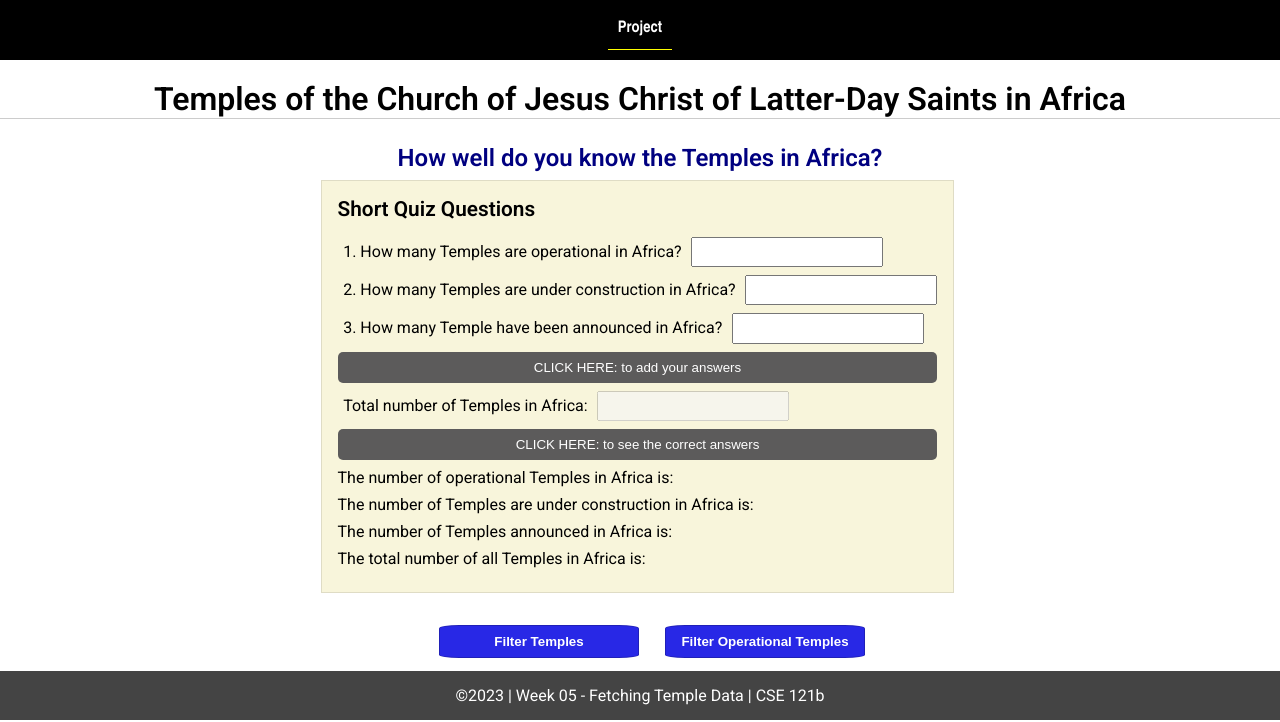
Repository: mszakutumela/cse121b
Page: Project/project.html
The author's editor kept a copy of each file at every save. The page is drawn from the files as they stood at one save, then again after the next save.
The browser window is 1280 px wide. The pictures show the whole page.
The page's requests for data from a server got no answer.

Above is the page before, as saved 2023-10-27 11:54:24.

### Project/project.html
<!DOCTYPE html>
<html lang="en">

<head>
  <meta charset="UTF-8">
  <meta name="viewport" content="width=device-width, initial-scale=1.0">
  <title>CSE 121b | Project: Programming Tasks</title>
  <link rel="preconnect" href="https://fonts.googleapis.com">
  <link rel="preconnect" href="https://fonts.gstatic.com" crossorigin>
  <link href="https://fonts.googleapis.com/css2?family=Roboto:wght@400;600&display=swap"
    rel="stylesheet">
  <link rel="stylesheet" href="styles/main.css">
</head>

<body>
  <nav>
    <ul id="menu">
      <li><a id="toggleMenu">&equiv;</a></li>
      <!-- <li><a href="index.html">Home</a></li>
      <li><a href="w01-task.html">W1 Task</a></li>
      <li><a href="w03-task.html">W3 Task</a></li>
      <li><a href="w04-task.html">W4 Task</a></li>
      <li><a href="w05-task.html">W5 Task</a></li> -->
      <li><a href="project.html" class="active">Project</a></li>
    </ul>
  </nav>
  <main id="gridly">
    <h1>Temples of the Church of Jesus Christ of Latter-Day Saints in Africa</h1>
    <h2>How well do you know the Temples in Africa?</h2>

    <main id="quiz">
      <section id="section1">
          <article>
            <h3>Short Quiz Questions</h3>
              <div>
                <label for="add1">1. How many Temples are operational in Africa?</label>
                <input type="text" id="add1" name="add1">
              </div>
              <div>
                  <label for="add2">2. How many Temples are under construction in Africa?</label>
                  <input type="text" id="add2" name="add2">
              </div>
              <div>
                <label for="add3">3. How many Temple have been announced in Africa?</label>
                <input type="text" id="add3" name="add3">
              </div>
              <div>
                  <input type="button" id="addTemples" value="CLICK HERE: to add your answers">
              </div>
              <div>
                  <label for="sum">Total number of Temples in Africa:</label>
                  <input type="text" id="sum" name="sum" disabled>
              </div>

              <div>
                <input type="button" id="answers" value="CLICK HERE: to see the correct answers">
              </div>

              <div class="answerOne">The number of operational Temples in Africa is: <span id="ans1"></span></div>

              <div class="answerTwo">The number of Temples are under construction in Africa is: <span id="ans2"></span></div>

              <div class="answerThree">The number of Temples announced in Africa is: <span id="ans3"></span></div>

              <div class="answerFour">The total number of all Temples in Africa is: <span id="ans4"></span></div>

          </article>
      </section>
    </main>

    <main id="filters">
      <select id="sortBy" title="Choose a temple filter.">
        <option value="" disabled selected>Filter Temples</option>
        <option value="operate">Operational</option>
        <option value="construct">Under Construction</option>
        <option value="named">Announced</option>
        <option value="all">All Temples in Africa</option>
      </select>

      <select id="sortBy2" title="Choose an operational temple filter.">
        <option value="" disabled selected>Filter Operational Temples</option>
        <option value="aba">Aba Nigeria</option>
        <option value="accra">Accra Ghanal</option>
        <option value="durban">Durban South Africa</option>
        <option value="johannesburg">Johannesburg South Africa</option>
        <option value="kinshasa">Kinshasa DR-Congo</option>
        <option value="all">All Operational Temples</option>
      </select>
    </main>

    <div id="temples">
    </div>
  </main>


  <footer>
    &copy;<span id="year"></span> | Week 05 - Fetching Temple Data | CSE 121b
  </footer>
  <script src="scripts/main.js"></script>
  <script>
    document.getElementById("year").innerHTML = new Date().getFullYear();
  </script>
  <script src="scripts/project.js"></script>
</body>

</html>

### Project/styles/main.css
/* Universal Selector */
* {
    margin: 0;
    padding: 0;
    box-sizing: border-box;
}

/* HTML Selectors */
body {
    font-family: 'Roboto', Helvetica, sans-serif;
}

nav {
    background-color: black;
    width: 100%;
    position: fixed;
    top: 0;
}

nav ul {
    display: flex;
    flex-direction: column;
    align-items: center;
    max-width: -moz-fit-content;
    max-width: fit-content;
    margin: 0 auto;
}

nav ul li {
    flex: 1 1 auto;
}

nav ul li:first-child {
    display: block;
    font-size: 2rem;
}

nav ul li:first-child a {
    padding: 1px 10px;
}

nav ul li {
    display: none;
    list-style: none;
    margin: 10px;
}

nav ul li a {
    display: block;
    padding: 10px;
    text-decoration: none;
    font-weight: 600;
    color: white;
    text-align: center;
    font-family: 'Arial Narrow', Arial, sans-serif;
}

nav ul li a:hover {
    background-color: #efefef;
    color: black;
}

h1,
h2 {
    text-align: center;
    margin: 1rem 0 .5rem;
}

h1 {
    border-bottom: 1px solid #ccc;
}

#gridly h1 {
    margin-top: 80px;
}

h2 {
    font-size: 1.5rem;
    color: navy;
    text-align: center;
    margin-top: 25px;
}

h3 {
    font-size: 1.3rem;
    margin-bottom: 1rem;
}

header {
    margin-top: 70px;
}

picture {
    margin: 0 auto;
}

picture img {
    width: 240px;
    height: auto;
    border-radius: 5%;
    border: 1px solid #ccc;
    box-shadow: 0 0 30px #777;
}

section {
    display: flex;
    flex-direction: column;
    align-items: center;
    margin: 0 auto 1rem;
    border: 1px solid rgba(0, 0, 0, .1);
    padding: 1rem;
    background-color: #eee;
}

article {
    margin-bottom: rem;
}

article div {
    margin-bottom: .5rem;
    text-align: left;
}

label {
    padding: .35rem;
}

input {
    padding: .35rem;
}

input[type="button"] {
    padding: .5rem;
    background-color: #5c5b5b;
    color: white;
    border: none;
    border-radius: 5px;
    cursor: pointer;
    width: 100%
}


input[type="checkbox"] {
    width: 25px;
    height: 25px;
}

dt {
    font-weight: 700;
}

dt::before {
    content: "🏘️ ";
}

dd {
    margin: 0 0 .5rem 2rem;
    font-size: smaller;
}

footer {
    background-color: #444;
    color: white;
    padding: 15px;
    text-align: center;
    width: 100%;
    position: fixed;
    bottom: 0;
}

/* Class Selectors */
.active {
    border-bottom: 1px solid yellow;
}

.open li {
    display: block;
}

.block {
    display: block;
}

.larger {
    font-size: larger;
    color: red;
}

.right {
    width: 100%;
    text-align: right;
}

.middle {
    display: flex;
    align-items: center;
    justify-content: right;
    gap: 1rem;
}

/* ID Selectors */

#home {
    margin-top: 125px;
    display: grid;
    grid-template-columns: 1fr;
    grid-gap: 20px;
    align-items: center;
    justify-content: center;
}


#section1 {
    background-color: rgba(241, 236, 183, 0.5);
}

#section2 {
    background-color: rgba(200, 200, 250, 0.5);

}

#section2 div {
    margin-bottom: 1rem;
}

#section3 {
    background-color: rgb(250, 225, 250, .5);
}

#sortBy {
    appearance: none;
    /* display: flex; */
    padding: .5rem;
    background-color: rgb(40, 40, 230);
    color: white;
    font-weight: 700;
    margin: 1rem auto;
    width: 200px;
    border: 1px solid rgba(0, 0, 0, .2);
    text-align: center;
    border-radius: 10%;
}

#sortBy option:disabled {
    font-style: italic;
    padding: 1rem;
    background-color: #111;
    color: #eee;
}

#sortBy2 {
    appearance: none;
    /* display: flex; */
    padding: .5rem;
    background-color: rgb(40, 40, 230);
    color: white;
    font-weight: 700;
    margin: 1rem auto;
    width: 200px;
    border: 1px solid rgba(0, 0, 0, .2);
    text-align: center;
    border-radius: 10%;
}

#sortBy2 option:disabled {
    font-style: italic;
    padding: 1rem;
    background-color: #111;
    color: #eee;
}

#temples {
    display: grid;
    grid-template-columns: repeat(auto-fit, minmax(320px, 1fr));
    grid-gap: .5rem;
    align-items: center;
    margin-bottom: 3rem;
}

#temples article {
    height: 250px;
    margin: .5rem;
    border: 1px solid rgba(0, 0, 0, .1);
    padding: 1rem;
    background-color: #eee;
    display: flex;
    flex-direction: column;
    align-items: center;
    justify-content: center;
}

#temples h4 {
    color: navy;
    font-size: smaller;
}


#temples img {
    width: 250px;
    height: auto;
    box-shadow: 0 0 30px #777;
    margin: .5rem;
}

/* Media Queries */
@media only screen and (min-width: 32.5em) {
    nav ul {
        flex-direction: row;
    }

    nav ul li:first-child {
        display: none;
    }

    nav ul li {
        display: block;
    }

    section {
        min-width: 300px;
    }

    #home {
        margin: 100px auto 20px;
        grid-template-columns: 250px 1fr;
        max-width: -moz-fit-content;
        max-width: fit-content;
    }

    #quiz {
        display: grid;
        grid-template-columns: 6fr 0fr;
        grid-gap: 5px;
        margin: 0 auto;
        max-width: 950px;
    }

    #filters {
        display: grid;
        grid-template-columns: 4fr 2fr;
        grid-gap: 2px;
        margin: 0 auto;
        max-width: 450px;
    }

}

### Project/scripts/project.js
/* Project */

// Short Quiz Section

function add(Number1, Number2, Number3) {
    return Number1 + Number2 + Number3;
}

function addTemples() {
    let addNumber1 = Number(document.querySelector('#add1').value);
    let addNumber2 = Number(document.querySelector('#add2').value);
    let addNumber3 = Number(document.querySelector('#add3').value);
    document.querySelector('#sum').value = add(addNumber1, addNumber2, addNumber3);
}
document.querySelector('#addTemples').addEventListener('click', addTemples,);

/* Variables */

function answers() {
    let answerOne = "5";
    let answerTwo = "4";
    let answerThree = "12";
    let answerFour = "21";

    const ans1Element = document.getElementById('ans1');
    const ans2Element = document.getElementById('ans2');
    const ans3Element = document.getElementById('ans3');
    const ans4Element = document.getElementById('ans4');

    ans1Element.innerHTML = `<strong>${answerOne}</strong>`;
    ans2Element.innerHTML = `<strong>${answerTwo}</strong>`;
    ans3Element.innerHTML = `<strong>${answerThree}</strong>`;
    ans4Element.innerHTML = `<strong>${answerFour}</strong>`;
}



// Temples of the Church of Jesus Christ of Latter-Day Saints in Africa

// temple JSON file: https://mszakutumela.github.io/cse121b/temples_in_africa.json

/* Declare and initialize global variables */

const templesElement = document.querySelector("#temples");
let templeList = [];

/* async displayTemples Function */

const displayTemples = (temples) => {
    temples.forEach(temple => {
    let article = document.createElement("article");
    let templeName = document.createElement("h3");
    templeName.textContent = temple.templeName;

    let img = document.createElement("img");
    img.setAttribute("src",temple.imageUrl);
    img.setAttribute("alt", temple.location);

    article.appendChild(templeName);
    article.appendChild(img);

    templesElement.appendChild(article);
    });
};

/* async getTemples Function using fetch()*/

const getTemples = async () => {
    let url = "https://mszakutumela.github.io/cse121b/temples_in_africa.json";
    const response = await fetch(url);
    if (response.ok){
        templeList = await response.json();
        displayTemples(templeList);
    }
}

/* Reset Function */

let reset = () => {
    templesElement.innerHTML = "";
}

/* SortBy Function */

const sortBy = (temples) => {
    reset();
    let filter = document.querySelector("#sortBy").value;
        switch (filter) {

            case "operate":
                displayTemples(temples.filter((temple) => temple.status.includes("use")));
                break;

            case "construct":
                displayTemples(temples.filter((temple) => temple.status.includes("progress")));
                break;

            case "named":
                displayTemples(temples.filter((temple) => temple.status.includes("notbornyet")));
                break;

            case "all":
                displayTemples(temples);
                break;
        }
    }

/* Event Listener */

document.querySelector("#sortBy") .addEventListener("change", () => { sortBy(templeList) });

/* SortBy2 Function */

const sortBy2 = (temples) => {
    reset();
    let filter = document.querySelector("#sortBy2").value;
        switch (filter) {

            case "aba":
                displayTemples(temples.filter((temple) => temple.location.includes("Aba")));
                break;

            case "accra":
                displayTemples(temples.filter((temple) => temple.location.includes("Accra")));
                break;atu

            case "durban":
                displayTemples(temples.filter((temple) => temple.location.includes("Durban")));
                break;

            case "johannesburg":
                displayTemples(temples.filter((temple) => temple.location.includes("Johannesburg")));
                break;

            case "kinshasa":
                displayTemples(temples.filter((temple) => temple.location.includes("Kinshasa")));
                break;

            case "all":
                displayTemples(temples.filter((temple) => temple.status.includes("use")));
                break;
        }
    }

/* Event Listener */

document.querySelector("#sortBy2") .addEventListener("change", () => { sortBy2(templeList) });

getTemples();

Loaded but not shown: Project/scripts/main.js (common file)

After the next save:
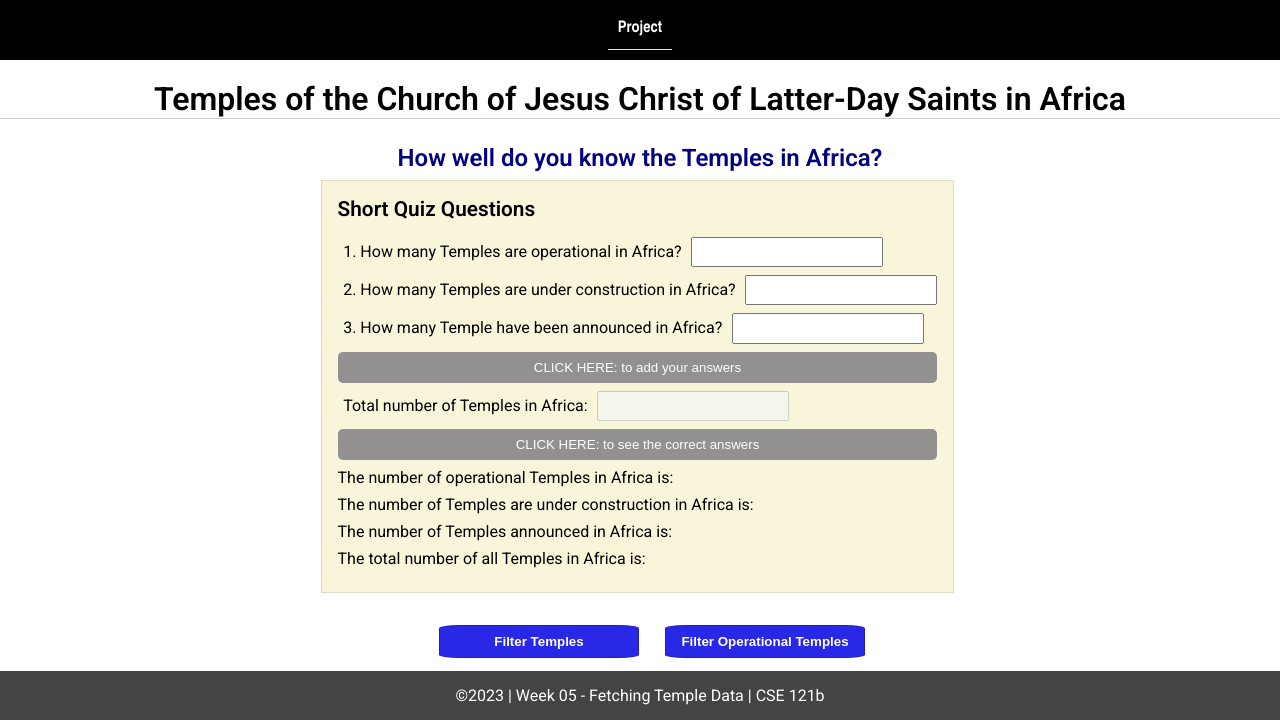
Saved 26 s later.
--- a/Project/styles/main.css
+++ b/Project/styles/main.css
@@ -131,7 +131,7 @@
 
 input[type="button"] {
     padding: .5rem;
-    background-color: #5c5b5b;
+    background-color: #929090;
     color: white;
     border: none;
     border-radius: 5px;

After the save that followed:
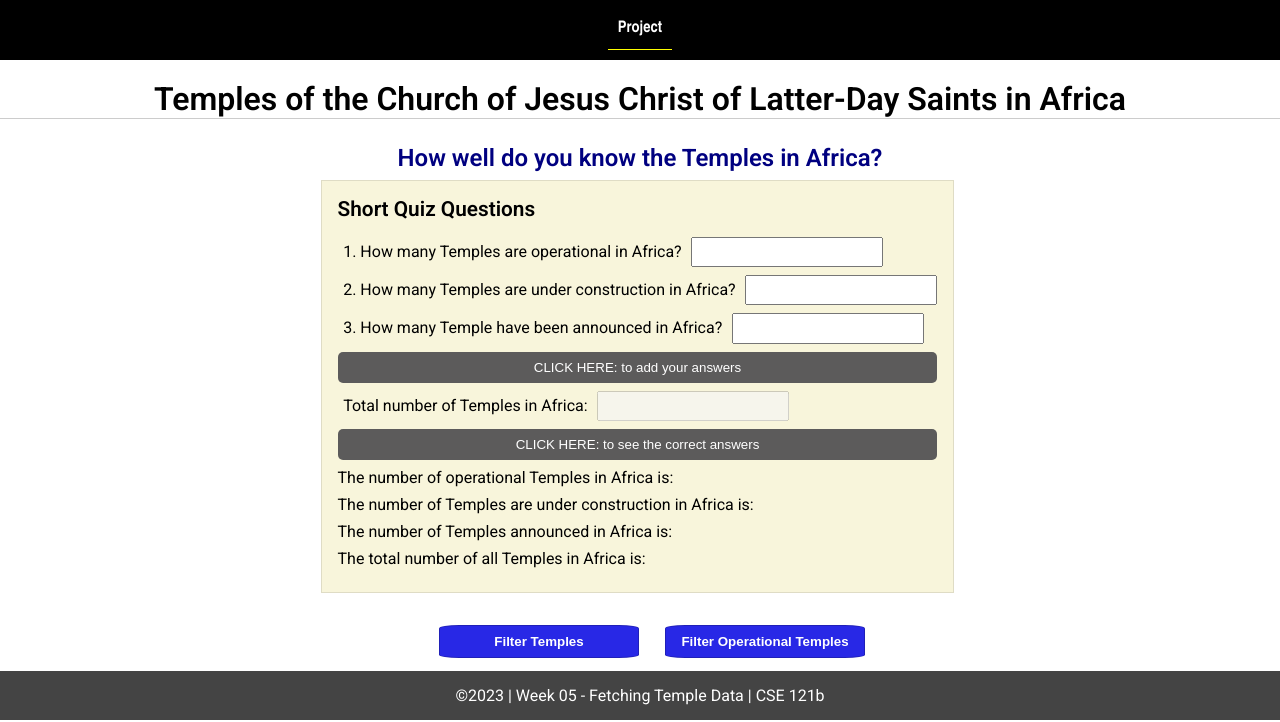
Saved 24 s later.
--- a/Project/styles/main.css
+++ b/Project/styles/main.css
@@ -131,7 +131,7 @@
 
 input[type="button"] {
     padding: .5rem;
-    background-color: #929090;
+    background-color: #5c5b5b;
     color: white;
     border: none;
     border-radius: 5px;
